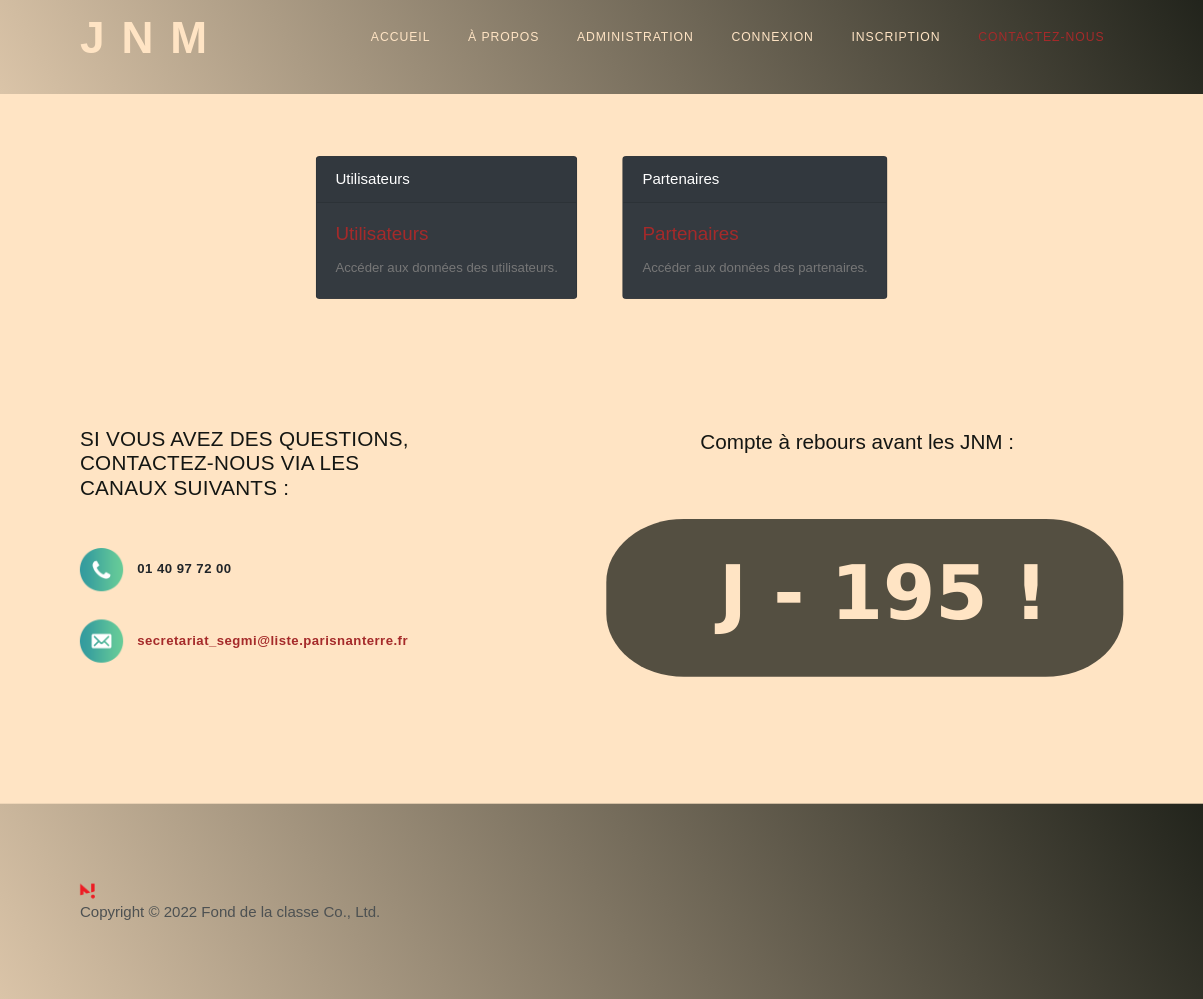
Repository: RiadNadri/ProjetWeb2022
Page: templates/Admin/admin.html.twig
An editor plug-in stored every save of this project. The page is shown before and after the next save, followed by the edit.
The browser window is 1280 px wide. The pictures show the whole page, at 94% of full size.
Some web fonts or font styles are not loaded; a fallback is used. The page is a Twig template of a Symfony application; nobody is signed in and links lead nowhere. The template is opened directly, without the code that normally fills it, so the values that code supplies are empty.

Above is the page before, as saved 2022-12-24 17:32:12.

### templates/Admin/admin.html.twig
{% extends 'base.html.twig' %}

{% block title %} Administration {% endblock %}


{% block body %}

<style>
    .buttonUser{
        margin-top: 0%;
        margin-bottom: 10%;
        margin-left: 25%;
    }
    .buttonPartenaire{
        margin-left:35%;
        font-size: xx-large;
    }
</style>

<div class="buttonUser">
    <div class="btn btn-light" >
        <a href="{{path('app_user')}}">Utilisateurs</a>
    </div>
    <div class="btn btn-light" >
        <a  href="{{path('app_partenaire')}}">Partenaires</a>
    </div>
</div>

<div class="d-flex justify-content-center">
    <div class="card text-white bg-dark mb-3" style="max-width: 18rem;">
    <div class="card-header">Utilisateurs</div>
    <div class="card-body">
        <h5 class="card-title"><a href="{{path('app_user')}}">Utilisateurs</a></h5>
        <p class="card-text">Accéder aux données des utilisateurs.</p>
    </div>
    </div>

    <div class="card text-white bg-dark mb-3 ml-5" style="max-width: 18rem;">
    <div class="card-header">Partenaires</div>
    <div class="card-body">
        <h5 class="card-title"><a  href="{{path('app_partenaire')}}">Partenaires</a></h5>
        <p class="card-text">Accéder aux données des partenaires.</p>
    </div>
    </div>
</div>
{% endblock %}

### templates/base.html.twig
<!DOCTYPE html>
<html>
    <head>
        <meta charset="UTF-8">
        <title>{% block title %}{% endblock %} - JNM</title>
        <meta name="viewport" content="width=device-width, initial-scale=1, shrink-to-fit=no">
        <meta name="description" content="">
        <meta name="author" content="">
        <link href="https://fonts.googleapis.com/css?family=Raleway:100,200,300,400,500,600,700,800,900&display=swap" rel="stylesheet">
        <link rel="shortcut icon" type= "image/png" href="{{ asset('img/favicon.png')}}" />

        {# Run `composer require symfony/webpack-encore-bundle` to start using Symfony UX #}

        <link rel="stylesheet" href="{{ asset('assets/css/bootstrap.min.css')}}">
        <link rel="stylesheet" href="{{ asset('assets/css/templatemo-breezed (1).css')}}">

        {% block stylesheets %}{% endblock %}

        {% block javascripts %}{% endblock %}
    </head>
    <body>

        <header class="header-area header-sticky">
        <div class="container">
            <div class="row">
                <div class="col-12">
                    <nav class="main-nav">
                        <!-- ***** Logo Start ***** -->
                        <a href="{{path('app_accueil')}}" class="logo">
                            JNM
                        </a>
                        <!-- ***** Logo End ***** -->
                        <!-- ***** Menu Start ***** -->
                        <ul class="nav">
                            <li class="scroll-to-section"><a href="{{path('app_accueil')}}" >Accueil</a></li>
                            <li class="scroll-to-section"><a href="#about">À propos</a></li>
                            <li class="scroll-to-section"><a href="{{path('app_admin')}}">Administration</a></li>
                            <li class="scroll-to-section"><a href="{{path('app_connexion')}}">Connexion</a></li>
                            {% if app.user %}
                                <li class="scroll-to-section"><a href="#réservation">Réservation</a></li>
                                <li class="scroll-to-section"><a href="{{path('app_profil')}}">Mon profil</a></li>
                                <li class="scroll-to-section"><a href="{{path('app_deconnexion')}}">Deconnexion</a></li>
                            {% else %}
                                <li class="scroll-to-section"><a href="{{path('app_inscription')}}">Inscription</a></li>
                            {% endif %}
                            <li class="scroll-to-section"><a href="#contact-us" class="active">Contactez-Nous</a></li>


                        </ul>

                        <!-- ***** Menu End ***** -->
                    </nav>
                </div>
            </div>
        </div>
    </header>

    {% block body %}
    <section class="section" id="about">
        <div class="container">
            <div class="row">
                <div class="col-lg-6 col-md-6 col-xs-12">
                    <div class="left-text-content">
                        <div class="section-heading">
                            <h6>À propos des Journées Nationales de la MIAGE</h6>
                            <h2>Certains de nos partenaires</h2>
                        </div>
                        <div class="row">
                            <div class="col-md-6 col-sm-6">
                                <div class="service-item">
                                    <a href="https://pepsi.fr/" rel ="nofollow noopener" target="_blank"> <img src="{{ asset('img/Pepsi-Logo-PNG-Pic.png')}}" alt=""> </a>
                                    <h4><a rel="nofollow noopener" href="https://pepsi.fr/" target="_blank">Pepsi</a></h4>
                                </div>
                            </div>
                            <div class="col-md-6 col-sm-6">
                                <div class="service-item">
                                    <a href="https://www.beinsports.com/france/" rel ="nofollow noopener" target="_blank"> <img src="{{ asset('img/Bein_sport_logo.png')}}" alt=""> </a>
                                    <h4><a rel="nofollow noopener" href="https://www.beinsports.com/france/" target="_blank">BeIn Sport</a></h4>
                                </div>
                            </div>
                            <div class="col-md-6 col-sm-6">
                                <div class="service-item">
                                    <a href="https://www.canalplus.com/" rel ="nofollow noopener" target="_blank"> <img src="{{ asset('img/canal-logo-png-transparent.png')}}" alt=""> </a>
                                    <h4><a rel="nofollow noopener" href="https://www.canalplus.com/" target="_blank">Canal +</a></h4>
                                </div>
                            </div>
                            <div class="col-md-6 col-sm-6">
                                <div class="service-item">
                                    <a href="https://www.wwf.fr/" rel ="nofollow noopener" target="_blank"> <img src="{{ asset('img/panda.png')}}" alt=""> </a>
                                    <h4><a rel="nofollow noopener" href="https://www.wwf.fr/" target="_blank">WWF</a></h4>
                                </div>
                            </div>
                            <div class="col-md-12">
                                <a href="#" class="main-button-icon">
                                    En savoir plus
                                </a>
                            </div>
                        </div>
                    </div>
                </div>
                <div class="col-lg-6 col-md-6 col-xs-12">
                    <div class="right-text-content">
                        <p>Les Journées Nationales de la Miage sont organisées par <a rel="nofollow noopener" href="https://www.parisnanterre.fr/" target="_blank">L'Université Paris Nanterre</a> en 2023.
                        <br><br>Du 01/06/2023 au 04/06/2023 venez participer aux Journées Nationales de la MIAGE aux portes de Paris sur le campus de Nanterre. Retrouvez-y toutes les MIAGE de France pour partager un bon moment.
                      <br><br>Prenez part aux différentes activités et profitez-en pour élargir votre réseau miagiste !</p>
                    </div>
                </div>
            </div>
        </div>
    </section>

    <section class="section" id="features">
        <div class="container">
            <div class="row">
                <div class="col-lg-4 col-md-6 col-sm-12 col-xs-12" data-scroll-reveal="enter left move 30px over 0.6s after 0.4s">
                    <div class="features-item">
                        <div class="features-icon">
                            <img src="{{ asset('img/Icone.png')}}" height="30px" width="30px" alt="">
                        </div>
                        <div class="features-content">
                            <h4>Le campus de Nanterre</h4>
                            <p>Situé à proximité du quartier d'affaires da La Défense, le campus de Nanterre s'étend sur 30 hectares.<br> Chaque année, il accueille plus de 40 000 étudiants et met à leur disposition divers types d'infrastructures permettant de pratiquer des activités sportives et culturelles !</p>
                            <a href="https://www.parisnanterre.fr/" target="_blank" class="text-button-icon">
                                En savoir plus
                            </a>
                        </div>
                    </div>
                </div>
                <div class="col-lg-4 col-md-6 col-sm-12 col-xs-12" data-scroll-reveal="enter bottom move 30px over 0.6s after 0.4s">
                    <div class="features-item">
                        <div class="features-icon">
                            <img src="{{ asset('img/miage.png')}}" height="30px" width="30px" alt="">
                        </div>
                        <div class="features-content">
                            <h4>La Miage de Nanterre</h4>
                            <p>Intégrée au sein de l'Unité de Formation et de Recherche
                                <a href="https://ufr-segmi.parisnanterre.fr/" rel="nofollow noopener" target="_blank">
                                SEGMI
                                </a> au bâtiment Allais (G), la MIAGE de Nanterre</p>
                            <a href="https://miage.parisnanterre.fr/" class="text-button-icon">
                                En savoir plus
                            </a>
                        </div>
                    </div>
                </div>
                <div class="col-lg-4 col-md-6 col-sm-12 col-xs-12" data-scroll-reveal="enter right move 30px over 0.6s after 0.4s">
                    <div class="features-item">
                        <div class="features-icon">
                            <img src="{{ asset('img/eiffel.png')}}" height="50px" width="50px"alt="">
                        </div>
                        <div class="features-content">
                            <h4>Le séjour à Paris</h4>
                            <p>Vous pourrez profiter d'ếtre aux portes de Paris pour visiter la capitale. La ligne du RER A vous permettra de rejoindre le centre-ville en moins de 30 minutes.<br> Allez explorer le 1er arrondissement riche en culture, ou manger dans l'un des 18 000 restaurants parisiens !</p>
                            <a href="https://www.parisinfo.com/visiter-a-paris" class="text-button-icon">
                                En savoir plus
                            </a>
                        </div>
                    </div>
                </div>
            </div>
        </div>
    </section>
    {% endblock %}


    <!-- ***** Contact Us Area Starts ***** -->
    <section class="section" id="contact-us">
        <div class="container">
            <div class="row">
                <div class="col-lg-4 col-md-4 col-xs-12">
                    <div class="left-text-content">
                        <div class="section-heading">
                            <h6>Si vous avez des questions, Contactez-nous via les canaux suivants :</h6>
                        </div>
                        <ul class="contact-info">
                            <li><img src="{{ asset('img/contact-info-01.png')}}" alt="">01 40 97 72 00</li>
                            <li><img src="{{ asset('img/contact-info-02.png')}}" alt=""><a href="mailto:secretariat_segmi@liste.parisnanterre.fr">secretariat_segmi@liste.parisnanterre.fr</a></li>
                        </ul>
                    </div>
                </div>

                <div class="col-lg-8 col-md-6 col-xs-12">
                    <div class="section-heading">
                        <h7>Compte à rebours avant les JNM :</h7>
                    </div>
                    <div class="cpt">

                        <label id="Compte"></label>
                            <script type="text/javascript" >
                                var Affiche=document.getElementById("Compte");
                                function Rebour() {
                                 var date1 = new Date();
                                 var date2 = new Date ("Jun 1, 2023 00:00:00");
                                 var sec = (date2 - date1) / 1000;
                                 var n = 24 * 3600;
                                 if (sec > 0) {
                                        j = Math.floor (sec / n);
                                        Affiche.innerHTML = "J - " + j + " !";
                                 }
                                 tRebour=setTimeout ("Rebour();", 1000);
                                }
                             Rebour();
                            </script>

                    </div>
                </div>

            </div>
        </div>
    </section>


    </body>


    <!-- ***** Footer Start ***** -->
    <footer>
        <div class="container">
            <div class="row">
                <div class="col-lg-6 col-xs-12">
                    <div class="left-text-content">
                        <a rel="nofollow noopener" href="https://www.parisnanterre.fr/" target="_blank"><img src="{{ asset('img/Icone.png')}}" alt=""><br>Copyright &copy; 2022 Fond de la classe Co., Ltd. </a>
                    </div>
                </div>

            </div>
        </div>
    </footer>
</html>

Loaded but not shown: public/assets/css/bootstrap.min.css (library); public/assets/css/templatemo-breezed (1).css (908 lines, source omitted)

After the next save:
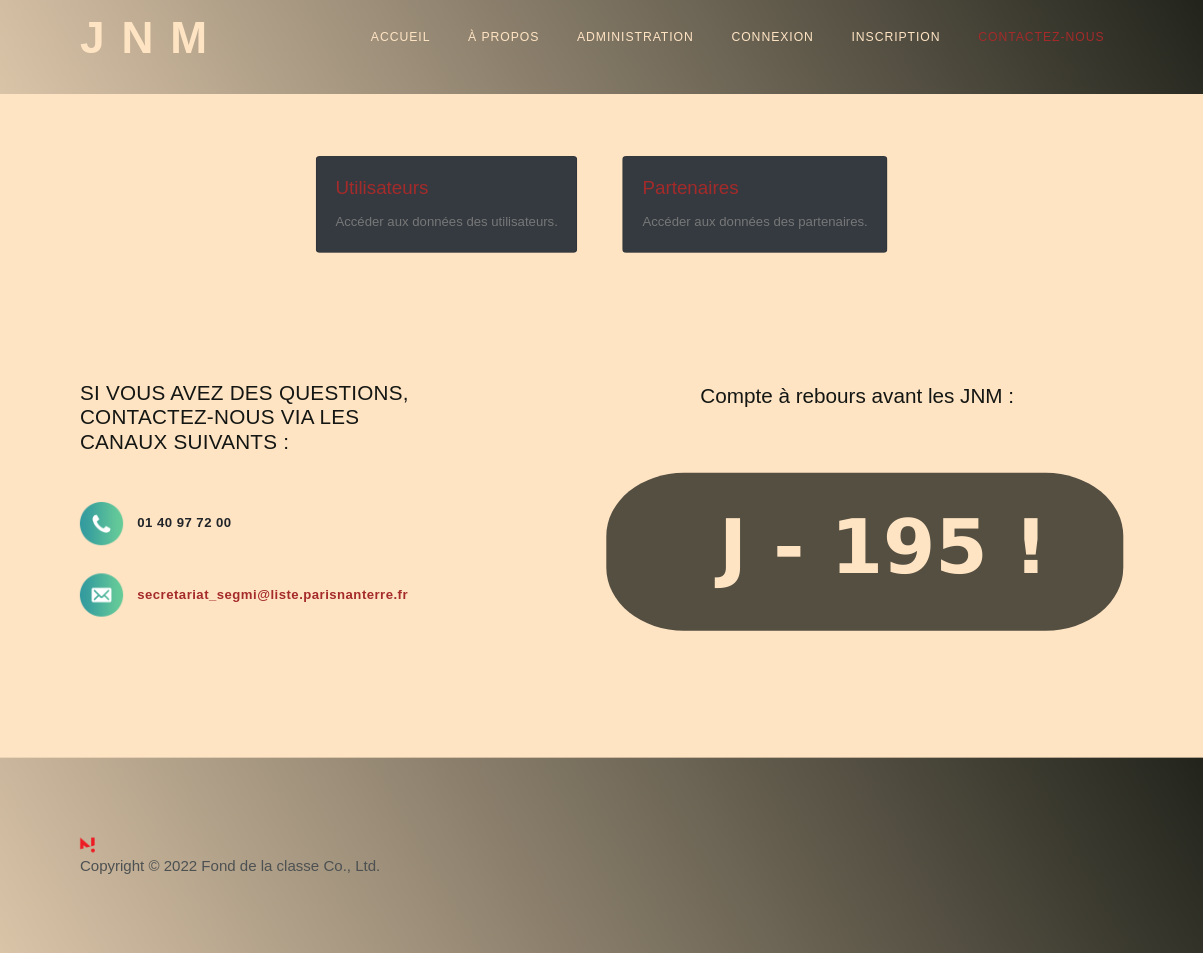
Saved 31 s later.
--- a/templates/Admin/admin.html.twig
+++ b/templates/Admin/admin.html.twig
@@ -28,7 +28,6 @@
 
 <div class="d-flex justify-content-center">
     <div class="card text-white bg-dark mb-3" style="max-width: 18rem;">
-    <div class="card-header">Utilisateurs</div>
     <div class="card-body">
         <h5 class="card-title"><a href="{{path('app_user')}}">Utilisateurs</a></h5>
         <p class="card-text">Accéder aux données des utilisateurs.</p>
@@ -36,7 +35,6 @@
     </div>
 
     <div class="card text-white bg-dark mb-3 ml-5" style="max-width: 18rem;">
-    <div class="card-header">Partenaires</div>
     <div class="card-body">
         <h5 class="card-title"><a  href="{{path('app_partenaire')}}">Partenaires</a></h5>
         <p class="card-text">Accéder aux données des partenaires.</p>
